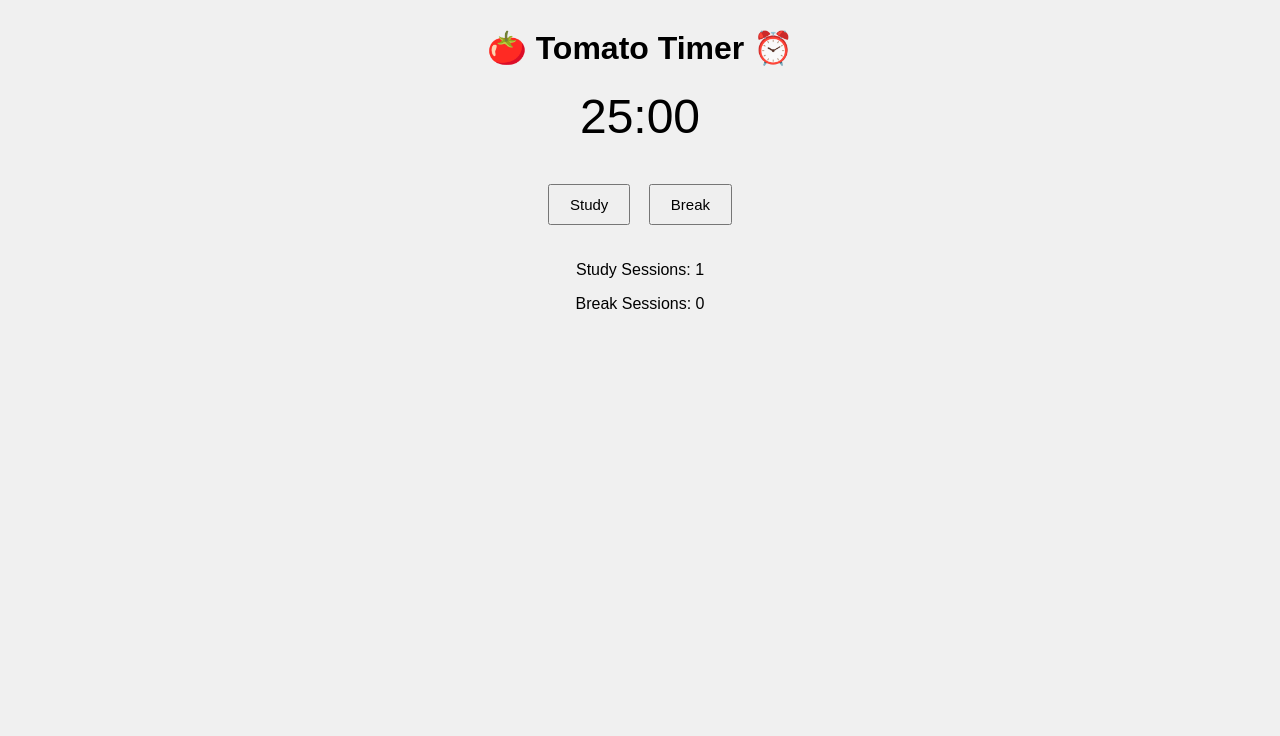
Repository: valentinaarojas/tomato-timer
Page: index.html
An editor plug-in stored every save of this project. The page is shown before and after the next save, followed by the edit.
The browser window is 1280 px wide. The pictures show the whole page.
After loading, the first visible `#study-btn` was clicked once.

Above is the page before, as saved 2025-02-06 21:57:11.

### index.html
<!DOCTYPE html>
<html lang="en">
<head>
    <title>Tomato Timer</title>
    <link rel="stylesheet" href="styles.css">
    <script src="script.js"></script>
</head>
<body>
    <div id="container">
        <h1>🍅 Tomato Timer ⏰</h1>
        <div id="timer-display">
            <span id="time-left">25:00</span>
        </div>
        <div id="buttons">
            <button id="study-btn">Study</button>
            <button id="break-btn">Break</button>
        </div>
        <div id="session-count">
            <p>Study Sessions: <span id="study-count">0</span></p>
            <p>Break Sessions: <span id="break-count">0</span></p>
        </div>
        <div id="theme" style="display: none;">
            <button id="light-theme">Light</button>
            <button id="dark-theme">Dark</button>
        </div>
    </div>
</body>
</html>

### styles.css
body {
    font-family: Arial, sans-serif;
    background-color: #f0f0f0;
    display: flex;
    justify-content: center;
    text-align: center;
    height: 100vh;
}

.container {
    text-align: center;
}

#timer-display {
    margin: 20px 0;
    font-size: 48px;
}

#buttons button {
    font-size: 15px;
    margin: 20px 7px;
    padding: 10px 20px;
}

#session-count {
    margin-top: 10px;
}

#light-theme {
    background-color: white;
    color: black;
}

#dark-theme {
    background-color: black;
    color: white;
}

### script.js
document.addEventListener('DOMContentLoaded', function() {
    const studybtn = document.getElementById('study-btn');
    const breakbtn = document.getElementById('break-btn');
    const studycount = document.querySelector('#study-count');
    const breakcount = document.querySelector('#break-count');
    const timeLeft = document.querySelector('#time-left');

    let timer;
    let minutes;
    let seconds;

    studybtn.addEventListener('click', function() {
        let currCount = parseInt(studycount.textContent);
        currCount++;
        studycount.textContent = currCount;
    });

    breakbtn.addEventListener('click', function() {
        let currCount = parseInt(breakcount.textContent);
        currCount++;
        breakcount.textContent = currCount;
    });

    function updateTimerDisplay(minutes, seconds) {
        const displaySeconds = seconds < 10 ? '0' + seconds : seconds;
        const displayMinutes = minutes < 10 ? '0' + minutes : minutes;
        timeLeft.textContent = `${displayMinutes}:${displaySeconds}`;
    }

    function startTimer(duration) {
        clearInterval(timer); //clear existing timer
        minutes = duration; //set timer
        seconds = 0;
        updateTimerDisplay(minutes, seconds);

        timer = setInterval(function() {
            if(seconds === 0) {
                if(minutes === 0) {
                    //timer is done counting down
                    clearInterval(timer);
                    return;
                }
                else {
                    //ex. 25:00 -> starts here
                    //24:00 -> seconds hit 0, subtract minute, reset to 59 seconds
                    minutes--;
                    seconds = 59;
                }
            }
            else {
                //just count down seconds
                seconds--;
            }
            updateTimerDisplay(minutes, seconds); //update the display
        }, 1000); //run every 1000 milliseconds (1 second)
    }

    updateTimerDisplay(25, 0); //initial display
});

After the next save:
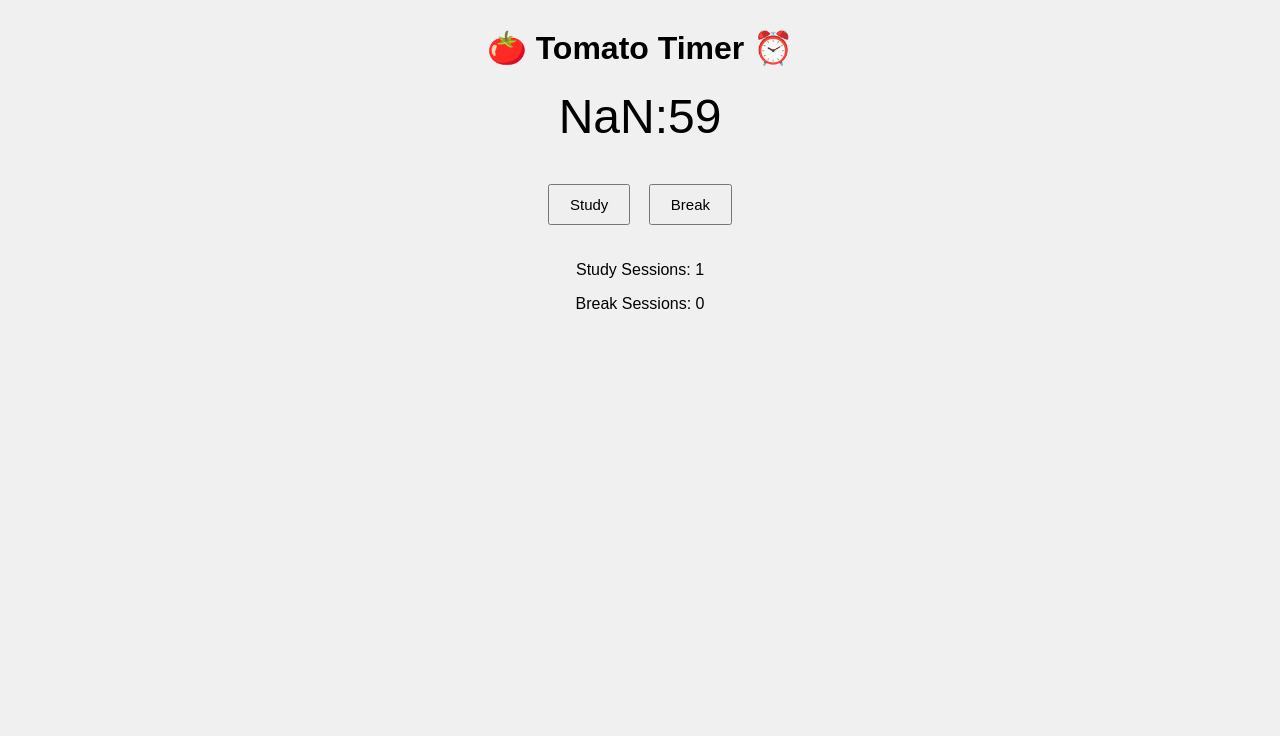
Saved 24 s later.
--- a/script.js
+++ b/script.js
@@ -13,6 +13,7 @@ document.addEventListener('DOMContentLoaded', function() {
         let currCount = parseInt(studycount.textContent);
         currCount++;
         studycount.textContent = currCount;
+        startTimer(timer);
     });
 
     breakbtn.addEventListener('click', function() {
